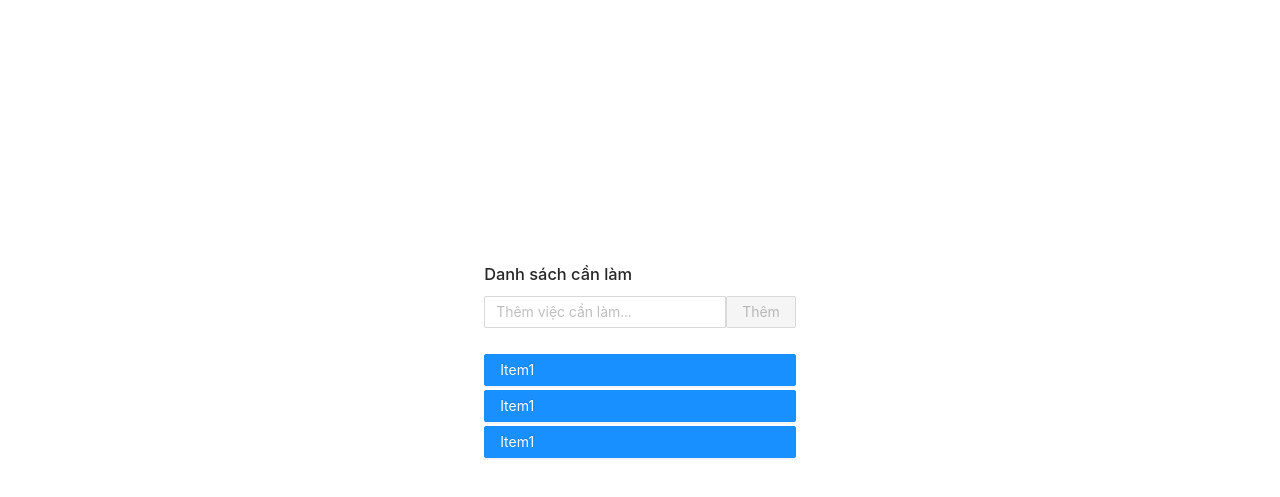
Repository: tiendungjr123/Todo-App
Page: /
These files come from the project's save history. The page is drawn as it stood at one moment and after the next save; the edit follows.
The browser window is 1280 px wide. The pictures show the whole page.
The project was rebuilt for these pictures with package versions that can differ from the ones it lists, and the page was loaded fresh each time.

Above is the page before, as saved 2022-09-22 10:53:41.

After the next save:
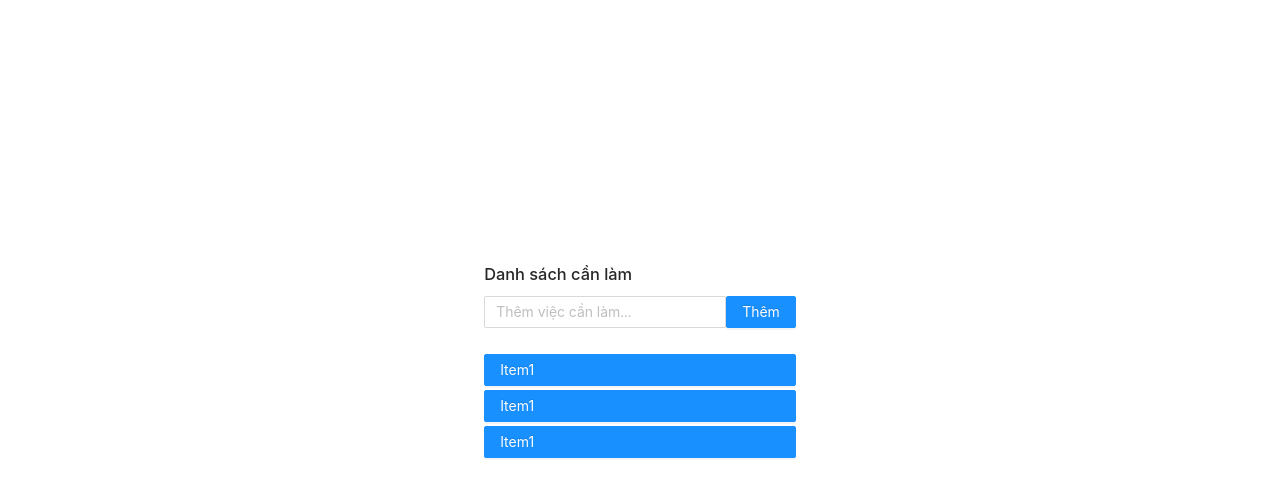
Saved 63 s later.
--- a/src/App.js
+++ b/src/App.js
@@ -26,7 +26,7 @@ function App() {
           value={textInput}
           onChange={onchangeText}
         />
-        <Button disabled="false" type="primary" onClick={onAddBtnClick}>
+        <Button isDisabled = {!textInput} type="primary" onClick={onAddBtnClick}>
           Thêm
         </Button>
       </Input.Group>
